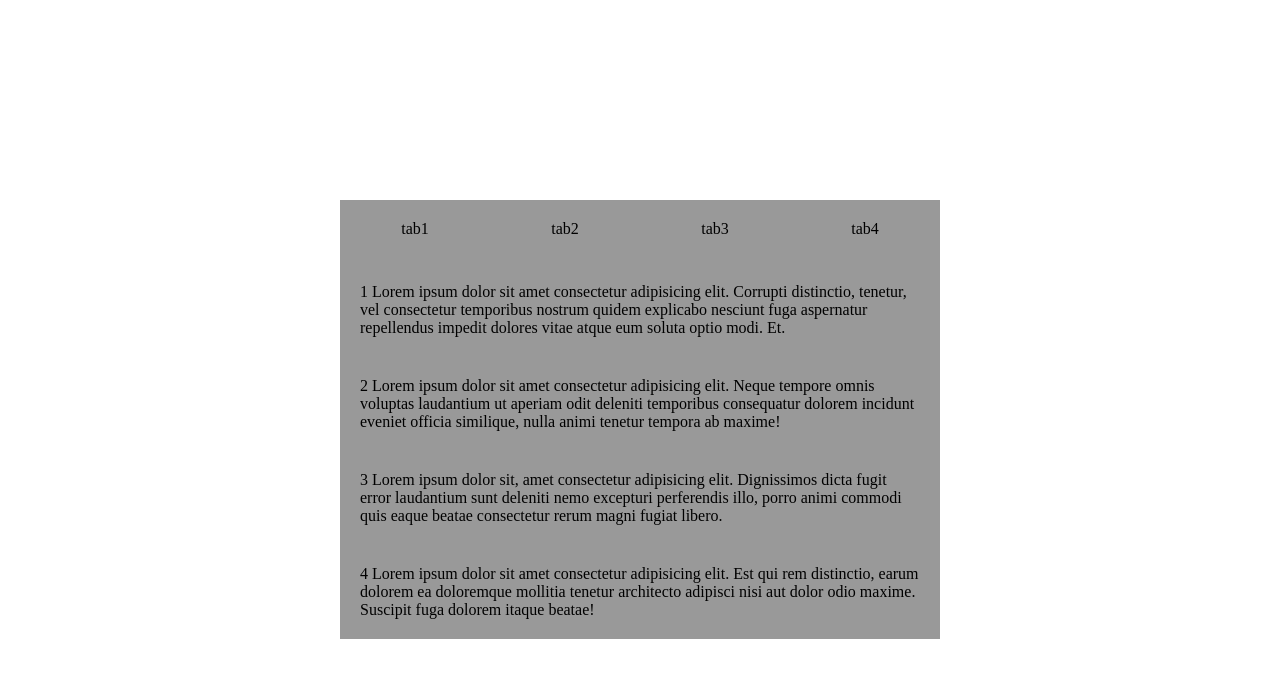
Repository: PCTai/javascript-coban
Page: tab UI/index.html
These files come from the project's save history. The page is drawn as it stood at one moment and after the next save; the edit follows.
The browser window is 1280 px wide. The pictures show the whole page.

Above is the page before, as saved 2022-02-09 16:57:30.

### tab UI/index.html
<!DOCTYPE html>
<html lang="en">
<head>
    <meta charset="UTF-8">
    <meta http-equiv="X-UA-Compatible" content="IE=edge">
    <meta name="viewport" content="width=device-width, initial-scale=1.0">
    <title>Document</title>
    <link rel="stylesheet" href="./style.css">
</head>
<body>
    <div class="container">
        <div class="tab">
            <div class="tab-item">tab1</div>
            <div class="tab-item">tab2</div>
            <div class="tab-item">tab3</div>
            <div class="tab-item">tab4</div>

        </div>
        <div class="tab-line"></div>
        <div class="box">
            <div class="box-item">1 Lorem ipsum dolor sit amet consectetur adipisicing elit. Corrupti distinctio, tenetur, vel consectetur temporibus nostrum quidem explicabo nesciunt fuga aspernatur repellendus impedit dolores vitae atque eum soluta optio modi. Et.</div>
            <div class="box-item">2 Lorem ipsum dolor sit amet consectetur adipisicing elit. Neque tempore omnis voluptas laudantium ut aperiam odit deleniti temporibus consequatur dolorem incidunt eveniet officia similique, nulla animi tenetur tempora ab maxime!</div>
            <div class="box-item">3 Lorem ipsum dolor sit, amet consectetur adipisicing elit. Dignissimos dicta fugit error laudantium sunt deleniti nemo excepturi perferendis illo, porro animi commodi quis eaque beatae consectetur rerum magni fugiat libero.</div>
            <div class="box-item">4 Lorem ipsum dolor sit amet consectetur adipisicing elit. Est qui rem distinctio, earum dolorem ea doloremque mollitia tenetur architecto adipisci nisi aut dolor odio maxime. Suscipit fuga dolorem itaque beatae!</div>
        </div>

    </div>


    <script src="./app.js"></script>
</body>
</html>

### tab UI/style.css
*{
    margin: 0;
    border: 0;
    padding: 0;
}
.container{
    width: 600px;
    margin: auto;
    background-color: #999;
    margin-top: 200px;

}
.tab{
    display: flex;
}
.tab-item{
    flex: 1;
    text-align: center;
    padding: 20px 0;

}
.tab-line{
    width: 100px;
    height: 5px;
    left: 0;
    color: #000;
}

.box{

}

.box-item{
    padding: 20px 20px;
}

Loaded but not shown: tab UI/app.js (no stored copy; drawn as an empty file)

After the next save:
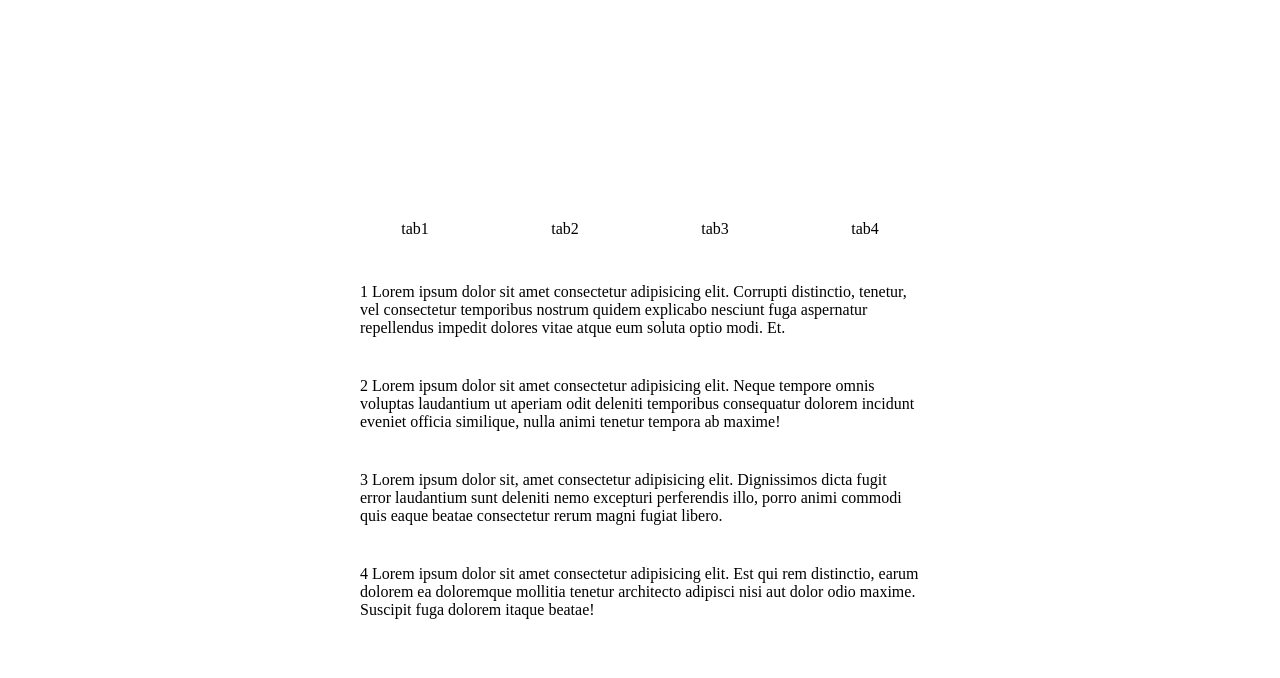
Saved 36 s later.
--- a/tab UI/style.css
+++ b/tab UI/style.css
@@ -6,7 +6,7 @@
 .container{
     width: 600px;
     margin: auto;
-    background-color: #999;
+    background-color:#fff;
     margin-top: 200px;
 
 }
